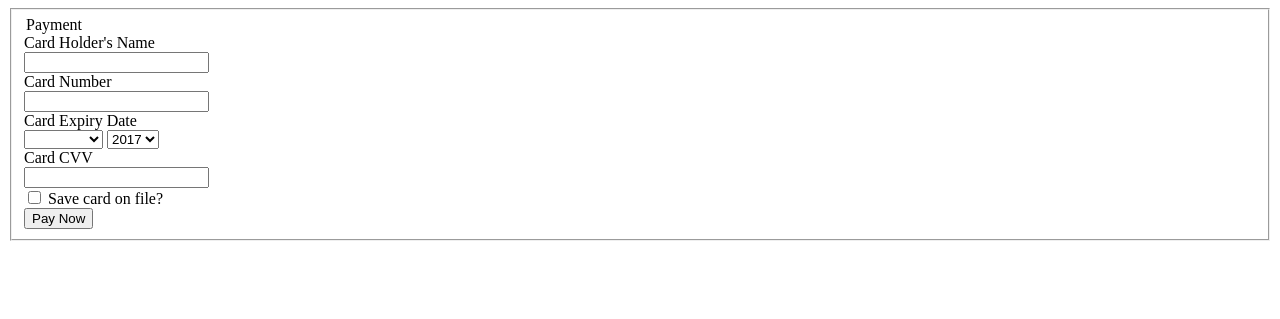
Repository: lkelly001/Web-A
Page: webafinal/pay.html
The author's editor kept a record of every edit. The page is drawn from the files as they stood at one moment, then again after the next edit.
The browser window is 1280 px wide. The pictures show the whole page.

Above is the page before.

After the next edit:
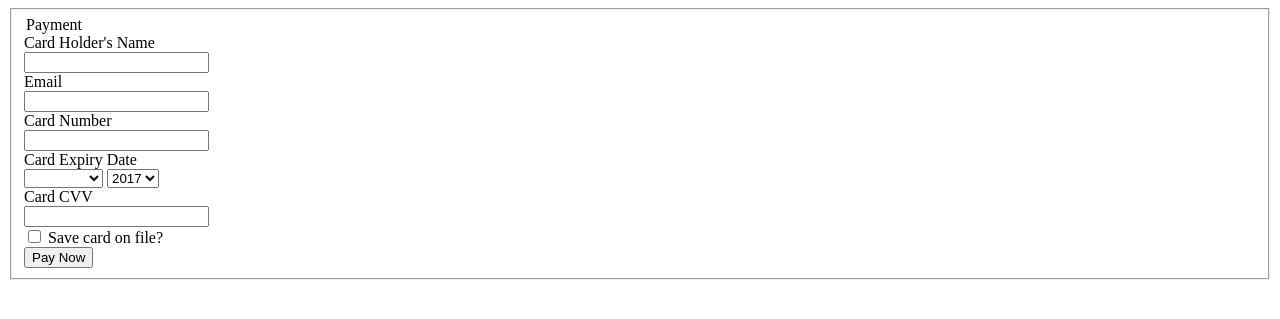
The edit:
--- a/webafinal/pay.html
+++ b/webafinal/pay.html
@@ -14,7 +14,12 @@
               <input type="text" id="username" name="username" placeholder="" class="input-xlarge">
             </div>
           </div>
-
+     <div class="control-group">
+            <label class="control-label"  for="username">Email</label>
+            <div class="controls">
+              <input type="text" id="username" name="username" placeholder="" class="input-xlarge">
+            </div>
+          </div>
           <!-- Card Number -->
           <div class="control-group">
             <label class="control-label" for="email">Card Number</label>
